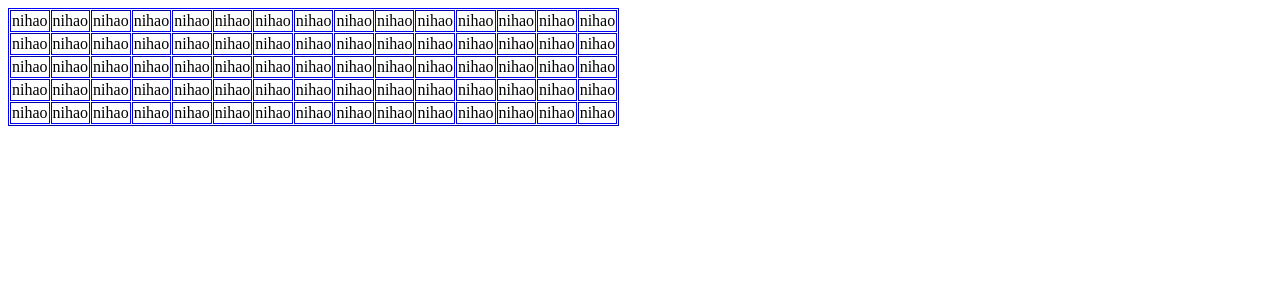
Repository: 728064001/MyProject
Page: http://localhost/CMS/test.jsp
The author's editor kept a copy of each file at every save. The page is drawn from the files as they stood at one save, then again after the next save.
The browser window is 1280 px wide. The pictures show the whole page.
The page is served by Tomcat 9. Other server files are loaded and not shown.

Above is the page before, as saved 2013-08-05 10:02:36.

### cms-server-code/CMS/WebRoot/test.jsp
<%@ page language="java" import="java.util.*" pageEncoding="UTF-8"%>
<%
String path = request.getContextPath();
String basePath = request.getScheme()+"://"+request.getServerName()+":"+request.getServerPort()+path+"/";
%>

<!DOCTYPE HTML PUBLIC "-//W3C//DTD HTML 4.01 Transitional//EN">
<html>
  <head>
    <base href="<%=basePath%>">

    <title>jquery创建表格</title>

	<meta http-equiv="pragma" content="no-cache">
	<meta http-equiv="cache-control" content="no-cache">
	<meta http-equiv="expires" content="0">
	<meta http-equiv="keywords" content="keyword1,keyword2,keyword3">
	<meta http-equiv="description" content="This is my page">
	<!--
	<link rel="stylesheet" type="text/css" href="styles.css">
	-->
		<script type="text/javascript" src="js/jquery-1.10.1.js">	</script>
	</head>

	<body>
		<script type="text/javascript">
	$(function(){
			var dom_table = $("<table></table>");
			dom_table.attr("border","1px");
			dom_table.attr("cellspacing","1px");
			dom_table.attr("id","tab");
			dom_table.css("border-color","#0000FF","border-width","1px","border-style","ridge");
		    for (var j = 0; j < 5; j++) {
		        var dom_tr = $('<tr></tr>');
		        for (var i = 0; i < 15; i++) {
		            var dom_td = $("<td>nihao</td>");
		            dom_tr.append(dom_td);
		        }
		        dom_table.append(dom_tr);
		    }
		    $("#t").append(dom_table);
	});
		</script>
		<div id="t" ></div>
	</body>
</html>

Loaded but not shown: cms-server-code/CMS/WebRoot/js/jquery-1.10.1.js (library)

After the next save:
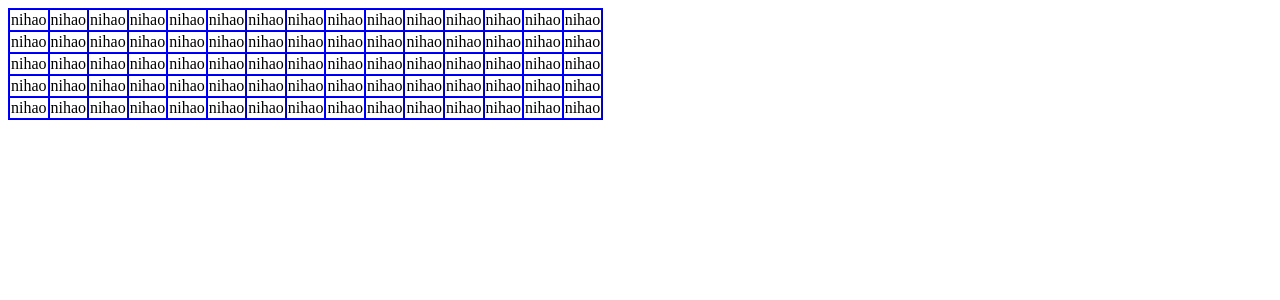
Saved 2 min 28 s later.
--- a/cms-server-code/CMS/WebRoot/test.jsp
+++ b/cms-server-code/CMS/WebRoot/test.jsp
@@ -27,7 +27,7 @@ String basePath = request.getScheme()+"://"+request.getServerName()+":"+request.
 	$(function(){
 			var dom_table = $("<table></table>");
 			dom_table.attr("border","1px");
-			dom_table.attr("cellspacing","1px");
+			dom_table.attr("cellspacing","0px");
 			dom_table.attr("id","tab");
 			dom_table.css("border-color","#0000FF","border-width","1px","border-style","ridge");
 		    for (var j = 0; j < 5; j++) {
